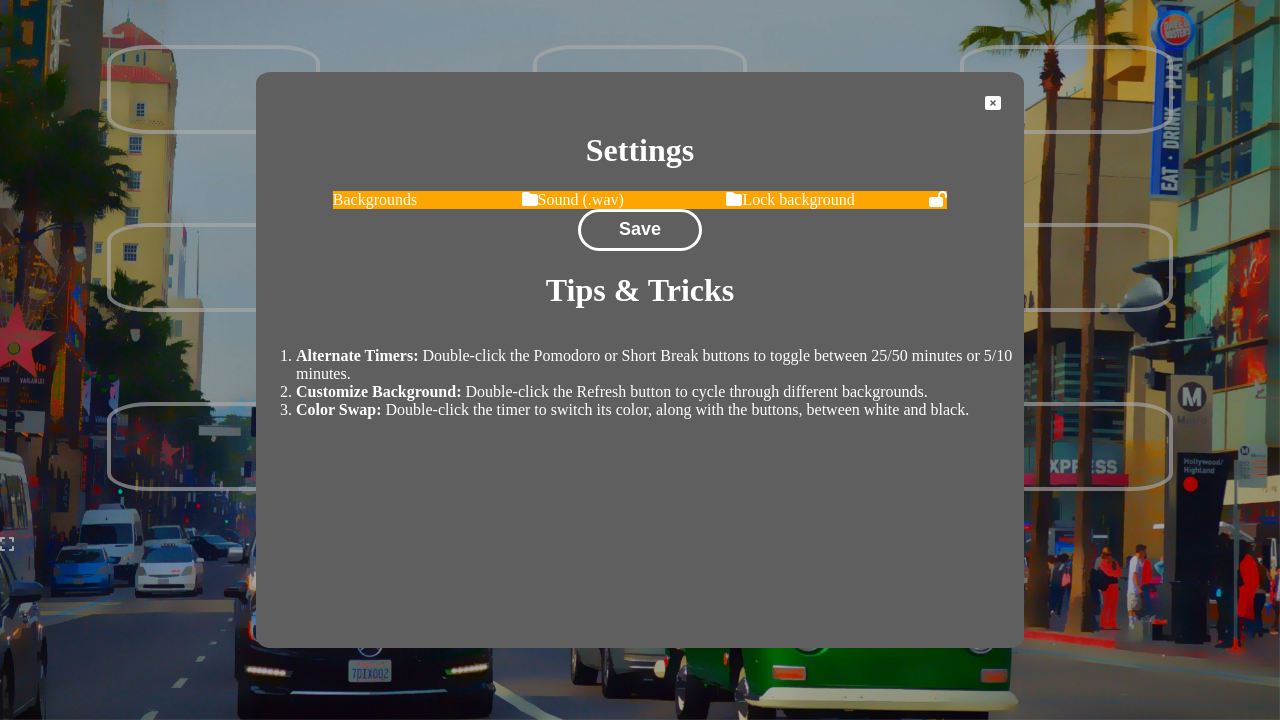
Repository: ttommytan/pomodoro
Page: /, after clicking the first element matching `svg.fa-gear`
These files come from the project's save history. The page is drawn as it stood at one moment and after a run of saves; the edit follows.
The browser window is 1280 px wide. The pictures show the whole page.
The project was rebuilt for these pictures with package versions that can differ from the ones it lists, and the page was loaded fresh each time. Also part of the build but not shown: vite.config.js, src/components/Test.jsx, src/components/SliderComponent.jsx. Imported but missing from the stored project, and not drawn on this page: src/assets/chime.wav.

Above is the page before, as saved 2024-08-27 11:24:52.

### index.html
<!doctype html>
<html lang="en">
  <head>
    <meta charset="UTF-8" />
    <link rel="icon" type="image/svg+xml" href="/vite.svg" />
    <meta name="viewport" content="width=device-width, initial-scale=1.0" />
    <title>Pomodoro Timer</title>
    <link rel="preconnect" href="https://fonts.googleapis.com">
    <link rel="preconnect" href="https://fonts.gstatic.com" crossorigin>
    <link href="https://fonts.googleapis.com/css2?family=Space+Grotesk:wght@300..700&display=swap" rel="stylesheet">
  </head>
  <body>
    <div id="root"></div>

    <script type="module" src="/src/main.jsx"></script>
  </body>
</html>

### src/App.jsx
import { useState } from 'react'
import Test from './components/Test'
import Countdown from './components/Countdown'
import SliderComponent from './components/SliderComponent'

function App() {
  const [count, setCount] = useState(0)

  return (
    <>

    <div className=''>
        <Countdown givenTime={1500}/>
    </div>
    </>
  )
}

export default App

### src/index.css
.big-container {
  top: 0;
  left: 0;
  width: 100%;
  height: 100%;
  position: absolute;
  display: grid;
  overflow: hidden;
  margin: 0;
  padding: 0;
  background-size: cover;
  background-repeat: no-repeat;
  background-attachment: fixed;
  background-position: center;

  grid-template-areas: "top-left top-mid top-right"
                       "mid-left mid-mid mid-right"
                       "bot-left bot-mid bot-right";
}

.containers-top-left, .containers-top-mid, .containers-top-right,
.containers-mid-left, .containers-mid-mid, .containers-mid-right,
.containers-bot-left, .containers-bot-mid, .containers-bot-right {
  width:500px;
  height: 300px;
  font-family: "Space Grotesk", sans-serif;
  font-weight: 400;
  display: flex;
  flex-direction: column;
  justify-content: space-evenly;
  align-items: center;
  position: absolute;
  top: 50%;
  left: 50%;
  transform: translate(-50%, -50%);
  padding: 10px;
  user-select: none;
  -moz-user-select: none;
  -khtml-user-select: none;
  -webkit-user-select: none;
  -o-user-select: none;
  z-index: 2;
}

.containers-top-left:hover, .containers-top-mid:hover, .containers-top-right:hover,
.containers-mid-left:hover, .containers-mid-mid:hover, .containers-mid-right:hover,
.containers-bot-left:hover, .containers-bot-mid:hover, .containers-bot-right:hover
{
  cursor: pointer;
}
.containers-top-left{
  grid-area: top-left;
  padding-top: 10%;
}
.containers-top-mid {
  grid-area: top-mid;
  padding-top: 10%;
}
.containers-top-right {
  grid-area: top-right;
  padding-top: 10%;
}

.containers-mid-left {
  grid-area: mid-left;
}
.containers-mid-mid {
  grid-area: mid-mid;
}
.containers-mid-right {
  grid-area: mid-right;
}


.containers-bot-left {
  grid-area: bot-left;
  padding-bottom: 10%;
}
.containers-bot-mid {
  grid-area: bot-mid;
  padding-bottom: 10%;
}
.containers-bot-right {
  grid-area: bot-right;
  padding-bottom: 10%;
}

.top-left, .top-mid, .top-right,
.mid-left, .mid-mid, .mid-right,
.bot-left, .bot-mid, .bot-right{
  height: 50%;
  width: 50%;
  margin:auto;
  border-radius: 20%;
  border: rgba(255, 255, 255, 0.637) .3em solid;
  opacity: 1;
  background-color: rgba(0, 0, 0, 0);
}

.top-left:hover, .top-mid:hover, .top-right:hover,
.mid-left:hover, .mid-mid:hover, .mid-right:hover,
.bot-left:hover, .bot-mid:hover, .bot-right:hover{
  opacity: 1;
}

.top-leftblack, .top-midblack, .top-rightblack,
.mid-leftblack, .mid-midblack, .mid-rightblack,
.bot-leftblack, .bot-midblack, .bot-rightblack{
  height: 50%;
  width: 50%;
  margin:auto;
  border-radius: 20%;
  border: rgba(0, 0, 0, 0.637) .3em solid;
  opacity: 0;
  background-color: rgba(0, 0, 0, 0);
}

.top-leftblack:hover, .top-midblack:hover, .top-rightblack:hover,
.mid-leftblack:hover, .mid-midblack:hover, .mid-rightblack:hover,
.bot-leftblack:hover, .bot-midblack:hover, .bot-rightblack:hover{
  opacity: 1;
}

.top-left {grid-area: top-left;}
.top-mid {grid-area: top-mid;}
.top-right {grid-area: top-right;}

.mid-left {grid-area: mid-left;}
.mid-mid {grid-area: mid-mid;}
.mid-right {grid-area: mid-right;}

.bot-left {grid-area: bot-left;}
.bot-mid {grid-area: bot-mid;}
.bot-right {grid-area: bot-right;}





.inner-element {
  font-size: 80px;
  flex-wrap: wrap;
  text-align: center;
  margin:0;

}


.time {
  margin: 0;
  color: white;
}

.timeblack {
  margin: 0;
  color: black;
}


.buttons, .buttonsactive, .pause-button {
  margin: 0 5px; /* Add some space between buttons */
  cursor: pointer;
  color: white;
  border-radius: 30px;
  width: 124px;
  height: 42px;
  font-size: 18px;
  box-shadow: none;
  border: solid white;
  background-color: rgba(255, 255, 255, 0);
  font-weight: 600;

}

.buttonsactive{
  background-color: white;
  color: black;
}
.buttons:hover{
  background-color: white;
  color: black
}
.pause-button:hover{
  background-color: rgba(255, 255, 255, 0);
  color: white;
}

.buttonsblack, .buttonsactiveblack, .pause-buttonblack {
  margin: 0 5px; /* Add some space between buttons */
  cursor: pointer;
  color: black;
  border-radius: 30px;
  width: 124px;
  height: 42px;
  font-size: 18px;
  box-shadow: none;
  border: solid black;
  background-color: rgba(255, 255, 255, 0);
  font-weight: 600;

}
.buttonsactiveblack{
  background-color: black;
  color: white;
}
.buttonsblack:hover{
  background-color: black;
  color: white
}

.pause-buttonblack:hover{
  background-color: rgba(255, 255, 255, 0);
  color: black;
}

.pause-button {
  width: 100px;
  background-color: white;
  color: black
}

.pause-buttonblack {
  width: 100px;
  background-color: black;
  color: white
}


.bg-img{
  width: 100%;
  height: 100%;
  display: block;
}


.top-buttons {
  transition: opacity .8s ease-in-out;
  opacity: 1;
}

.top-buttonshide {
  opacity: 0;
  transition: opacity .8s ease-in-out;
}




.slider-container {
  max-width: 600px;
  margin: auto;
}

.slide {
  padding: 20px;
  font-size: 18px;
  text-align: center;
}

.slick-dots li button:before {
  font-size: 12px;
  color: blue; /* Change this to the color you prefer */
}

.slick-dots li.slick-active button:before {
  color: red !important; /* Change this to the color you prefer */
}

.slick-prev:before,
.slick-next:before {
  color: black; /* Change this to the color you prefer */
}

.top-right{
  position: relative;
}

.settings{
  grid-area: top-right;
  width: 45px;
  height: 45px;
  margin: auto;
  z-index: 1;
}

.outer-popup{
  position: fixed;
  top: 0;
  left: 0;
  width: 100%;
  height: 100vh;
  display: flex;
  justify-content: center;
  align-items: center;
  background-color: rgba(0, 0, 0, 0.332);
  z-index: 1000;
}

.inner-popup {
  background-color: rgb(96, 95, 95);
  width: 60%;
  height: 80%;
  display: flex;
  flex-direction: column;
  align-items: center;
  border-radius: 2%;
  z-index: 1001;
  color: white;
}

.exit{
  margin-top: 3%;
  margin-right: 3%;
  align-self: flex-end;
}
.settings-elements{
  background-color: yellow;
  width: 80%;
  display: flex;
  flex

}
.settings-element{
  display: flex;
  justify-content: space-between;
  background-color: orange;
  width: 100%;
}

Loaded but not shown: src/main.jsx (common file); src/components/Countdown.jsx (615 lines, source omitted)

After the next 2 saves:
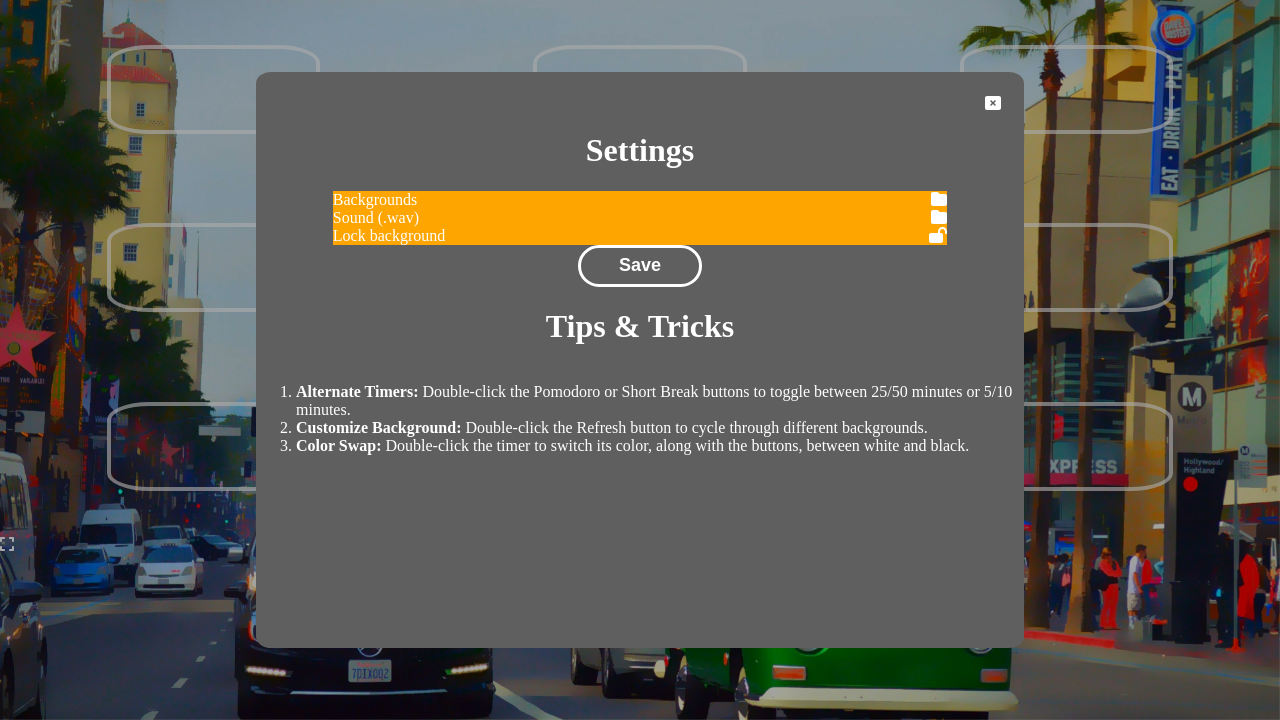
The 2 saves are shown as one change because they came seconds apart.
The last was saved 7 s later.
--- a/src/index.css
+++ b/src/index.css
@@ -317,7 +317,8 @@
   background-color: yellow;
   width: 80%;
   display: flex;
-  flex
+  flex-direction: column;
+  gap:
 
 }
 .settings-element{
